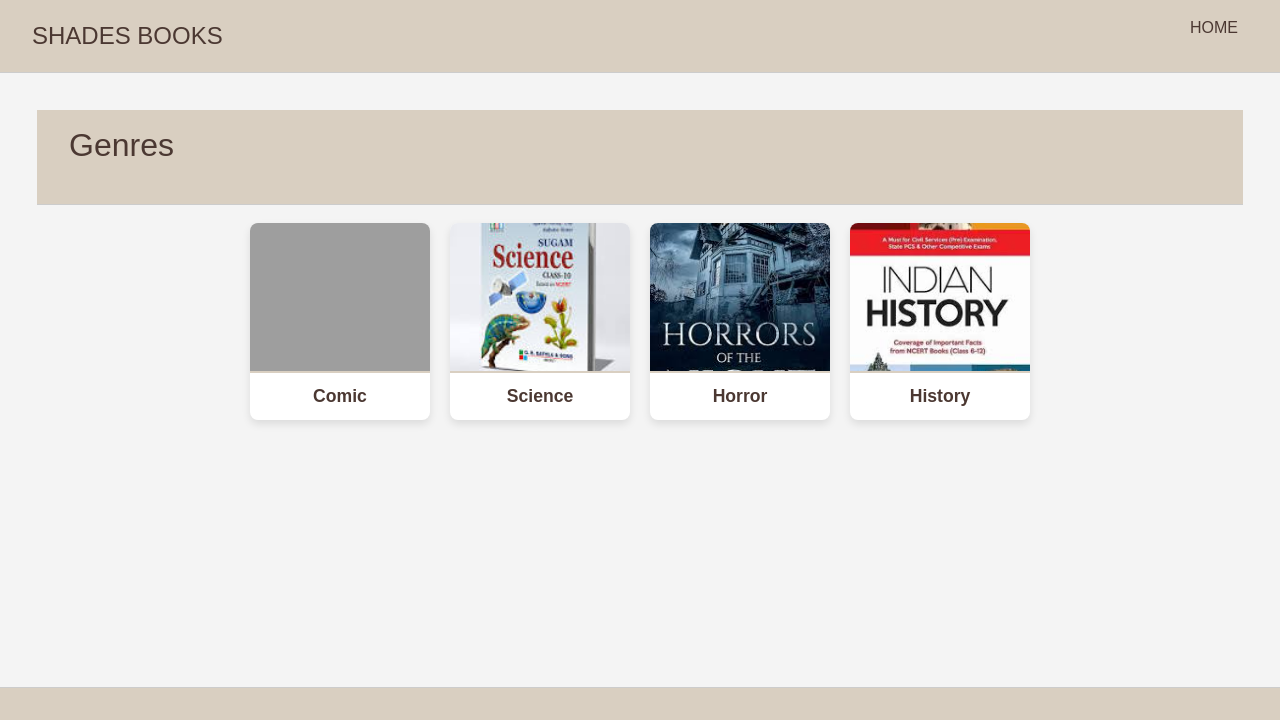
Repository: Harishsuresh-kumar/Library-Web
Page: WORK SITE/genre.html
An editor plug-in stored every save of this project. The page is shown before and after the next save, followed by the edit.
The browser window is 1280 px wide. The pictures show the whole page.
Pictures or frames that could not be fetched are drawn as grey boxes.

Above is the page before, as saved 2024-11-07 06:22:02.

### WORK SITE/genre.html
<!DOCTYPE html>
<html lang="en">
<head>
    <meta charset="UTF-8">
    <meta name="viewport" content="width=device-width, initial-scale=1.0">
    <title>Genres </title>
    <link href="https://maxcdn.bootstrapcdn.com/bootstrap/4.5.2/css/bootstrap.min.css" rel="stylesheet">
    <link href="genre.css" rel="stylesheet">
</head>
<body>
    <div class="wrapper">
        <header>
            <div class="logo">
                <h2>SHADES BOOKS</h2>
            </div>
            <nav>
                <ul>
                    <li><a href="User.html" class="button">HOME</a></li>

                </ul>
            </nav>
        </header>

        <main class="content">
            <header class="header">
                <h1>Genres</h1>
            </header>
            <section class="genres-section">
                <div class="genre-container">
                    <a href="comic.html" class="genre-card">
                        <img src="Harry potter.jpeg" alt="Fiction">
                        <div class="genre-title">Comic</div>
                    </a>
                    <a href="science.html" class="genre-card">
                        <img src="science book.jpeg" alt="Non-Fiction">
                        <div class="genre-title">Science</div>
                    </a>
                    <a href="Horror.html" class="genre-card">
                        <img src="horror gener.jpeg" alt="Mystery">
                        <div class="genre-title">Horror</div>
                    </a>
                    <a href="History.html" class="genre-card">
                        <img src="HIstory.jpeg" alt="History">
                        <div class="genre-title">History</div>
                    </a>
                    <!-- Add more genres as needed -->
                </div>
            </section>
        </main>

        <footer>
        </footer>
    </div>
</body>
</html>

### WORK SITE/genre.css
/* Base Styles */
body, html {
    margin: 0;
    padding: 0;
    font-family: 'Arial', sans-serif;
    background-color: #f4f4f4; /* Light grey background */
    color: #333;
}

/* Wrapper */
.wrapper {
    display: flex;
    flex-direction: column;
    min-height: 100vh;
}

/* Header */
header {
    background-color: #D9CFC1; /* Soft beige */
    color: #4B3832;
    padding: 1rem 2rem;
    display: flex;
    align-items: center;
    justify-content: space-between;
    border-bottom: 1px solid #ccc;
}

.logo h2 {
    font-size: 24px;
    margin: 0;
    color: #4B3832;
}

nav ul {
    list-style: none;
    display: flex;
    gap: 15px;
}

nav ul li a {
    color: #4B3832;
    text-decoration: none;
    padding: 5px 10px;
    border-radius: 5px;
    transition: background-color 0.3s;
}

nav ul li a:hover {
    background-color: #E9E2D0; /* Slight background change on hover */
}

/* Main Content */
main.content {
    flex: 1;
    padding: 2rem;
    text-align: center;
    margin: 5px;
}

/* Header Title */
.header h1 {
    font-size: 2rem;
    color: #4B3832;
    margin-bottom: 1.5rem;
}

/* Genres Section */
.genres-section {
    display: flex;
    justify-content: center;
    flex-wrap: wrap;
    gap: 20px; /* Space between genre cards */
    margin-bottom: 40px; /* Extra space below genres */
}

.genre-container {
    display: flex;
    flex-wrap: wrap;
    justify-content: center;
    gap: 20px;
    margin-top: 18px;/* Add spacing between genres */
}

.genre-card {
    background-color: #fff;
    width: 180px;
    box-shadow: 0 4px 8px rgba(0, 0, 0, 0.1);
    border-radius: 8px;
    overflow: hidden;
    text-decoration: none;
    color: #333;
    transition: transform 0.3s, box-shadow 0.3s;
}

.genre-card:hover {
    transform: translateY(-5px);
    box-shadow: 0 6px 12px rgba(0, 0, 0, 0.2);
}

.genre-card img {
    width: 100%;
    height: 150px;
    object-fit: cover;
    border-bottom: 2px solid #D9CFC1;
}

.genre-title {
    padding: 10px;
    font-size: 1.1rem;
    font-weight: bold;
    color: #4B3832;
    text-align: center;
}

/* Book List Section */
.booklist-section {
    display: flex;
    flex-wrap: wrap;
    gap: 20px; /* Space between book cards */
    justify-content: center;
}

.book-item {
    background-color: #fff;
    width: 200px;
    box-shadow: 0 4px 8px rgba(0, 0, 0, 0.1);
    border-radius: 8px;
    padding: 15px;
    text-align: center;
    transition: transform 0.3s, box-shadow 0.3s;
}

.book-item:hover {
    transform: translateY(-5px);
    box-shadow: 0 6px 12px rgba(0, 0, 0, 0.2);
}

.book-item img {
    width: 100%;
    height: 220px;
    object-fit: cover;
    border-radius: 5px;
    margin-bottom: 10px;
}

.book-info h3 {
    font-size: 1.2rem;
    color: #4B3832;
    margin: 10px 0;
}

.book-info p {
    font-size: 0.9rem;
    color: #555;
    margin: 5px 0;
}

button {
    background-color: #AF1740;
    color: white;
    padding: 8px 15px;
    border: none;
    border-radius: 5px;
    cursor: pointer;
    font-size: 0.9rem;
}

button:hover {
    background-color: #8B1433;
}

/* Footer */
footer {
    background-color: #D9CFC1;
    color: #4B3832;
    text-align: center;
    padding: 1rem;
    font-size: 0.9rem;
    border-top: 1px solid #ccc;
}

After the next save:
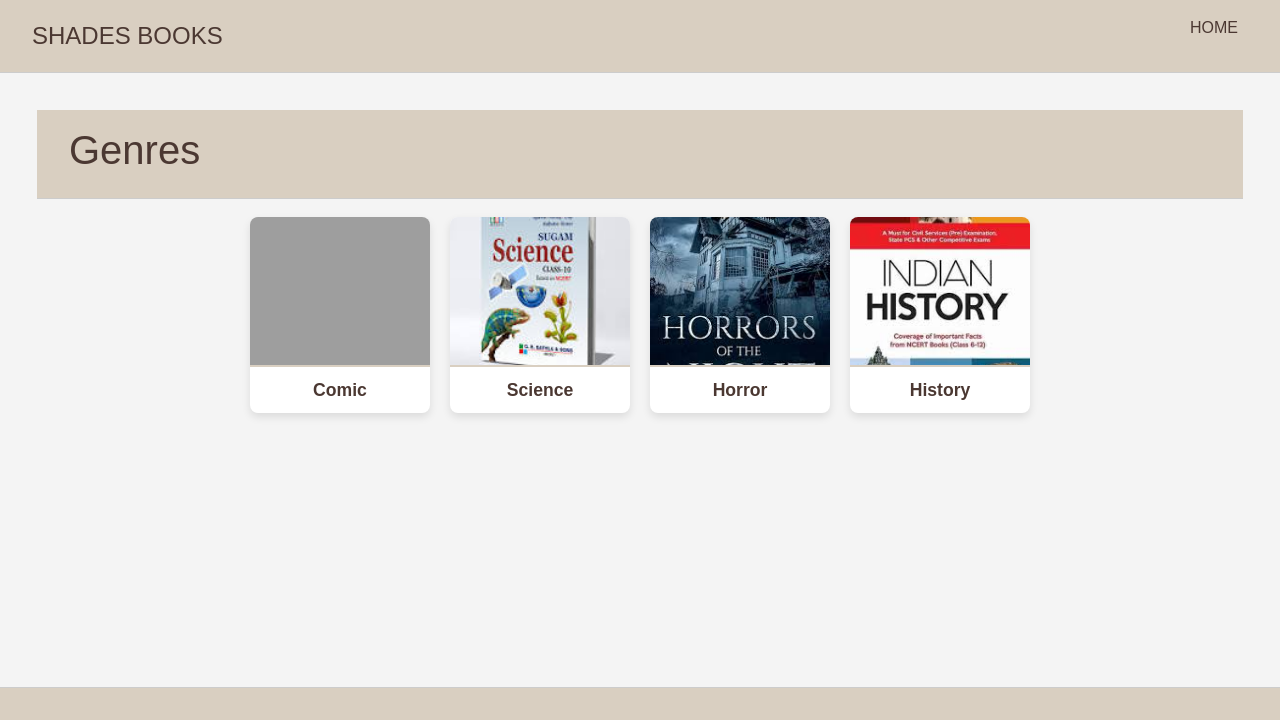
Saved 21 s later.
--- a/WORK SITE/genre.html
+++ b/WORK SITE/genre.html
@@ -22,7 +22,7 @@
         </header>
 
         <main class="content">
-            <header class="header">
+            <header >
                 <h1>Genres</h1>
             </header>
             <section class="genres-section">
